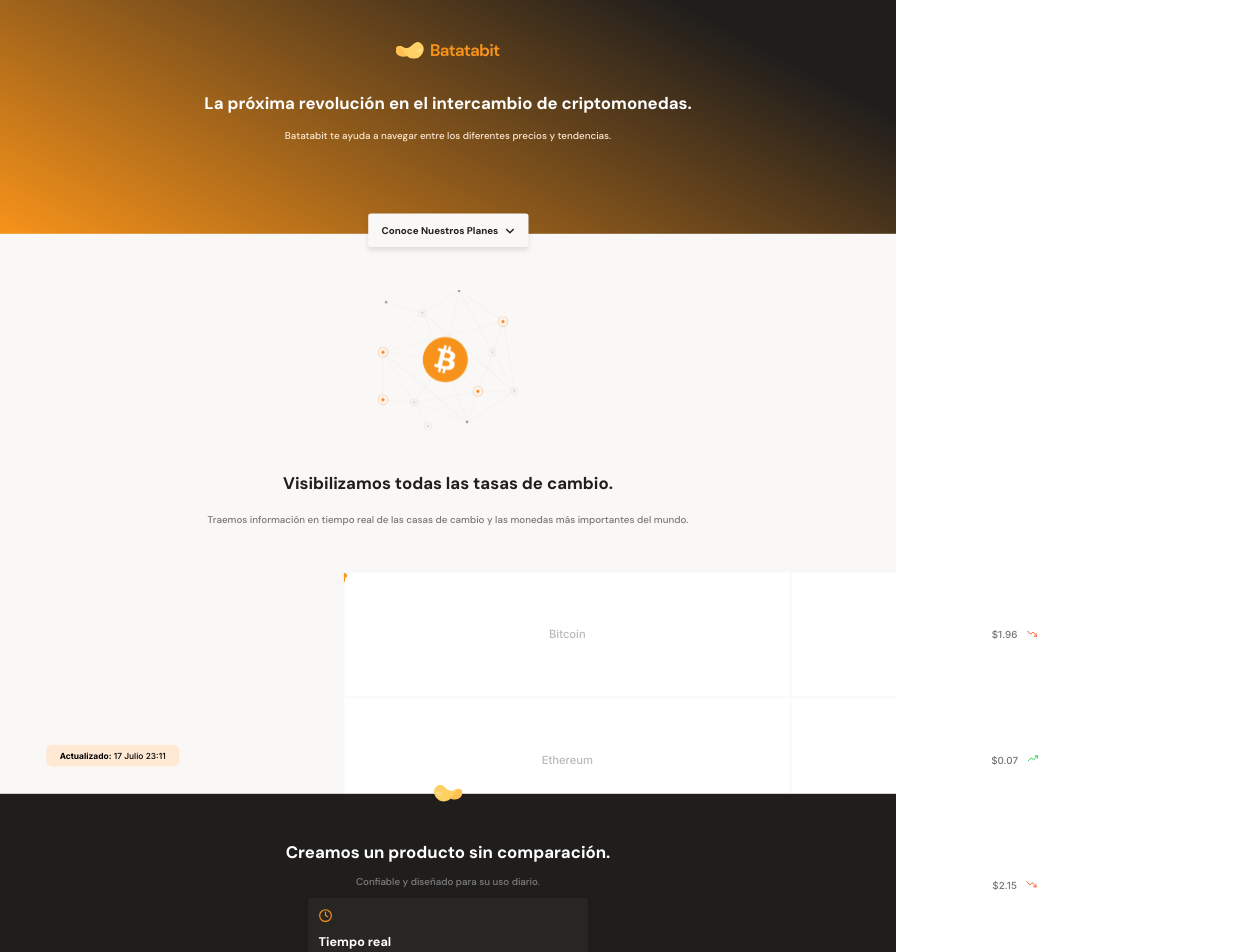
Repository: Pandrea-hub/Batatabit
Page: index.html
These files come from the project's save history. The page is drawn as it stood at one moment and after the next save; the edit follows.
The browser window is 1280 px wide. The page is 1770 px wide, then 1342 px, then 1770 px, so the pictures cover 1770 px, including what lies to the right of the window. The pictures show the part of the page from y = 0 to 1360 px (the page is 1963 px tall), at 70% of full size.

Above is the page before, as saved 2022-04-19 08:39:57.

### index.html
<!DOCTYPE html>
<html lang="en">
<head>
    <meta charset="UTF-8">
    <meta http-equiv="X-UA-Compatible" content="IE=edge">
    <meta name="viewport" content="width=device-width, initial-scale=1.0">
    <title>Document</title>
    <link rel="preconnect" href="https://fonts.googleapis.com">
    <link rel="preconnect" href="https://fonts.gstatic.com" crossorigin>
    <link href="https://fonts.googleapis.com/css2?family=DM+Sans:wght@400;500;700&family=Inter:wght@300;500;700&display=swap" rel="stylesheet">
    <link rel="stylesheet" href="./style.css">
</head>
<body>


    <header>

        <img src="./assets/img/logo.svg" alt="Logo del header donde estara una patata y el nombre que es Batatabit"/>
        <div class="header--title-container">
            <h1>La próxima revolución en el intercambio de criptomonedas.</h1>
            <p>Batatabit te ayuda a navegar entre los diferentes precios y tendencias.</p>
            <a href="" class="header--button">Conoce Nuestros Planes<span></span></a>
        </div>
    </header>


    <main>
        <section class="main-exchange--container">
            <div class="backgroungImg"></div>
            <div class="main-exchange--container--title">
                <h2>Visibilizamos todas las tasas de cambio.</h2>
                <p>Traemos información en tiempo real de las casas de cambio y las monedas más importantes del mundo.</p>
            </div>

            <section class="main-tables-container">
                <div class="main-currency-table">
                    <div class="currency-table">

                        <div class="container-arrow--left" id="arrow-left"></div>

                        <div class="currency-table--container" id="table-1">
                            <p class="currency-table--title" id="title-1">Monedas</p>
                            <table>
                                <tr>
                                    <tr>
                                        <td class="table__top--left">Bitcoin</td>
                                        <td class="table__top--right table__right">$1.96 <span class="down"></span></td>
                                    </tr>
                                    <tr>
                                        <td>Ethereum</td>
                                        <td class="table__right">$0.07 <span class="up"></span></td>
                                    </tr>
                                    <tr>
                                        <td>Ripple</td>
                                        <td class="table__right">$2.15 <span class="down"></span></td>
                                    </tr>
                                    <tr>
                                        <td class="table__bottom--left">Stellar</td>
                                        <td class="table__bottom-right table__right">$4.96 <span class="down"></span></td>
                                    </tr>
                                </tr>
                            </table>
                        </div>


                        <div class="currency-table--container" id="table-2">
                            <p class="currency-table--title" id="title-2">Comisiones</p>
                            <table>
                                <tr>
                                    <tr>
                                        <td class="table__top--left">Bitrade</td>
                                        <td class="table__top--right table__right">$ 12.96</td>
                                    </tr>
                                    <tr>
                                        <td>Bitpreco</td>
                                        <td class="table__right">$ 13.07</td>
                                    </tr>
                                    <tr>
                                        <td>Novadax</td>
                                        <td class="table__right">$ 13.15</td>
                                    </tr>
                                    <tr>
                                        <td class="table__bottom--left">Coinext</td>
                                        <td class="table__bottom-right table__right">$ 14.96</td>
                                    </tr>
                                </tr>
                            </table>
                        </div>

                        <div class="container-arrow" id="arrow-right"></div>

                    </div>

                    <div class="currency-table--date" id="table-date">
                        <p><b>Actualizado:</b> 17 Julio 23:11 </p></p>
                    </div>

                </div>
            </section>
        </section>

    <script>
        const arrow_right = document.getElementById("arrow-right")
        const arrow_left = document.getElementById("arrow-left")
        const table_1 = document.getElementById("table-1")
        const table_2 = document.getElementById("table-2")
        const date = document.getElementById("table-date");


        arrow_right.onclick = function(){
            arrow_right.style.display="none";
            table_1.style.display = "none"
            table_2.style.display = "grid"
            arrow_left.style.display = "block"
            date.style.backgroundColor="#E7F5FF";
        }
        arrow_left.onclick = function(){
            arrow_left.style.display="none";
            table_1.style.display = "grid"
            table_2.style.display = "none"
            arrow_right.style.display = "block"
            date.style.backgroundColor="#FFE9D4";
        }
    </script>


        <section class="main-product--detail">
            <span class="product-detail--batata-logo"></span>
            <div class="product-detail--title">
                <h2>Creamos un producto sin comparación.</h2>
                <p>Confiable y diseñado para su uso diario.</p>
            </div>
            <section class="product-cards--container">
                <article class="product-detail--card">
                    <span class="icon-card clock"></span>
                    <p class="product-card--title">Tiempo real</p>
                    <p class="product-card--body">Nuestro API toma información minuto a minuto sobre las tasas que más determinan el comportamiento.</p>
                </article>

                <article class="product-detail--card">
                    <span class="icon-card tasas"></span>
                    <p class="product-card--title">No hay tasas escondidas</p>
                    <p class="product-card--body">Ni en la compra o al momento de exit, Batabit siempre te muestra el costo real de lo que estás adquiriendo.</p>
                </article>


                <article class="product-detail--card">
                    <span class="icon-card money"></span>
                    <p class="product-card--title">Compara monedas</p>
                    <p class="product-card--body">No más rumores, con Babtabit sabrás el valor real de cada moneda en el mercado actual.</p>
                </article>


                <article class="product-detail--card">
                    <span class="icon-card info"></span>
                    <p class="product-card--title">Información confiable</p>
                    <p class="product-card--body">Nuestras fuentes están 100% verificadas y continuamos auditando su contenido mientras se actualizan.</p>
                </article>


            </section>

        </section>



        <section></section>



        <section></section>
    </main>

    <footer></footer>

</body>
</html>

### style.css
/*
1. Position
2. Box model
3. typography
4. Visual themes
5. Others
*/

:root{
    --bitcoin-orange:#F7931A;
    --soft-orange:#FFE9D4;
    --secondary-blue:#1A9AF7;
    --soft-blue:#E7F5FF;
    --warm-black:#201E1C;
    --black: #201e1c;
    --grey: #bababa;
    --off-white: #faf8f7;
    --just-white: #fff;
}

*{
    padding: 0;
    margin: 0;
    box-sizing: border-box;
}


html{
    font-size: 62.5%;
    font-family: "DM Sans", sans-serif;
}

header{
    position: relative;
    display: flex;
    flex-direction:column;
    justify-content: center;
    width: 100%;
    height: 334px;
    min-width: 320px;
    text-align: center;
    background: linear-gradient(207.8deg, #201E1C 16.69%, #F7931A 100%);

}

header img{
    width: 150px;
    height: 24px;
    margin-top: 60px;
    align-self: center;
}

.header--title-container{
    width: 90%;
    min-width: 288px;
    max-width: 900px;
    height: 218px;
    margin-top: 50px;
    text-align: center;
    align-self:center;
}

.header--title-container h1{
    font-size: 2.4rem;
    font-weight: bold;
    line-height: 2.6rem;
    color: var(--just-white);
}

.header--title-container p{
    font-size: 1.4rem;
    font-weight: 500;
    line-height: 1.8rem;
    color:var(--soft-orange);
    margin-top: 2.4rem;
}


.header--title-container .header--button{
    left: calc(50% - 229px/2);
    position: absolute;
    top: 270px;
    display: block;
    margin-top: 35px;
    padding: 15px;
    width: 229px;
    height: 48px;
    background-color: var(--off-white);
    /* Box shadow */
    box-shadow: 0px 4px 8px rgba(89, 73, 30, 0.16);
    border-radius: 4px;
    font-weight: bold;
    font-size: 14px;
    line-height: 18px;
    color:var(--warm-black);
    text-decoration: none;
}

.header--button span{
    display: inline-block;
    width: 13px;
    height: 8px;
    margin-left: 10px;
    background-image: url('./assets/icons/down-arrow.svg');
}

main{
    width: 100%;
    height: auto;
    background-color:var(--off-white);
    min-width: 320px;
}


.main-exchange--container{
    width: 100%;
    height: auto;
    padding-top: 80px;
    padding-bottom: 30px;
    text-align: center;
}

.main-exchange--container--title{
    width: 100%;
    min-width: 288px;
    max-width: 900px;
    margin: 10px auto;
    padding: 1%;
}

.main-exchange--container .backgroungImg{
    width: 200px;
    height: 200px;
    margin: 0 auto;
    margin-bottom: 50px;
    background-image: url(./assets/img/bitcoin.svg);
    background-size: cover;
    background-position: center;
    background-repeat: no-repeat;
}


.main-exchange--container--title h2{
    margin-bottom: 30px;
    font-size: 2.4rem;
    font-weight: bold;
    line-height: 2.6rem;
    align-self:center;
    color:var(--warm-black);
}




.main-exchange--container--title p{
    margin-bottom: 30px;
    font-size: 1.4rem;
    line-height: 1.8rem;
    font-weight: 500;
    color:#757575;
    text-align: center;

}





/*Tables*/


.main-tables-container{
    margin: 20px auto;
    width: 100%;
}



.main-currency-table{
    display: flex;
    flex-direction: column;
    width: 70%;
    min-width: 235px;
    max-width: 500px;
    height: 240px;
    margin: 0 auto;
    font-family: "Inter", sans-serif;
}

.main-currency-table .currency-table--title{
    width: 81px;
    height: 10px;
    margin: 0 auto;
    position: absolute;
    font-size: 1.8rem;
    font-weight: bold;
    line-height: 2.3rem;
    font-family: "DM Sans";
    color:var(--bitcoin-orange);
}

.currency-table{
    width: 100%;
}


.currency-table--container{
    margin: 0 auto;
    width: 100%;
    min-width: 230px;
    max-width: 300px;
    height: 90px;
}

.currency-table--container table{
    width: 100%;
    height: 100%;
    margin: 0 auto;
    position: absolute;
}


.currency-table--container td{
    width: 50%;
    font-size: 1.6rem;
    font-weight: 500;
    line-height: 1.9rem;
    color:var(--grey);
    background-color:var(--just-white);
    margin: 0px 10px;

}

.table__top--left{
    border-radius: 15px 0 0 0;
}

.table__top--right{
    border-radius:0 15px 0 0;
}


.table__bottom-right{
    border-radius:0 0 15px 0;
}

.table__bottom--left{
    border-radius:0 0 0 15px;
}

.currency-table--container .table__right{
    font-size: 1.4rem;
    font-weight: normal;
    line-height: 1.7rem;
    color:#757575;
}


.currency-table--container .down{
    display: inline-block;
    width: 15px;
    height: 15px;
    margin-left: 10px;
    background-image:url("./assets/icons/trending-down.svg");
    background-size:cover;
    background-repeat:no-repeat;
}

.currency-table--container .up{
    display: inline-block;
    width: 15px;
    height: 15px;
    margin-left: 10px;
    background-image:url("./assets/icons/trending-up.svg");
    background-size:cover;
    background-repeat:no-repeat;
}


.currenty-table{
    display: grid;
    grid-template-columns: 1fr 1fr 1fr;

}


.container-arrow{
    height: 10px;
    width: 12px;
    background-image: url("../assets/icons/right-arrow.svg");
    background-repeat: no-repeat;
    background-size: contain;
    background-position: center;
    position: absolute;
    margin-top:41.8%;
    right: 31px;
    cursor: pointer;
}


.container-arrow--left{
    display: none;
    height: 10px;
    width: 12px;
    background-image: url("../assets/icons/left-arrow.svg");
    background-repeat: no-repeat;
    background-size: contain;
    background-position: center;
    position: absolute;
    margin-top: 41.8%;
    left: 32px;
    cursor: pointer;
}


#title-2{
    color:var(--secondary-blue);
}



.currency-table--date{
    margin: 0 auto;
    font-size: 12px;
    position: absolute;
    width: 190px;
    height: 31px;
    left: 66px;
    top: 1064px;
    padding: 8px;
    background-color:var(--soft-orange);
    border-radius:8px;
}

#table-2{
    display: none;
}

.main-product--detail{
    position: relative;
    width: 100%;
    min-width: 320px;
    height: auto;
    padding: 20px 10px;
    background-color:var(--warm-black);
    margin-top: 30px;
}


.product-detail--batata-logo{
    left: calc(50% - 20px);
    top: -12.5px;
    position: absolute;
    width: 40px;
    height: 25px;
    background-image:url("./assets/icons/batata.svg");
}


.product-detail--title{
    width: 90%;
    min-width: 288px;
    height: auto;
    margin: 0 auto;
    margin-top: 50px;
    text-align: center;
}


.product-detail--title h2{
    margin-bottom: 20px;
    font-size: 2.4rem;
    font-weight: bold;
    line-height: 2.6rem;
    color:var(--just-white);

}

.product-detail--title p{
    color:#808080;
    font-size: 1.4rem;
    font-weight: 500;
    line-height: 1.8rem;
}


.product-detail--card{
    width: 90%;
    min-width: 288px;
    max-width: 400px;
    height: 150px;
    margin: 15px auto;
    padding: 15px;
    background-color:#282623;
    border-radius:5px;
    box-shadow:0px 4px 8px rgba(0, 0, 0, 0.16);

}


.product-detail--card .icon-card{
    display: inline-block;
    width: 20px;
    height: 20px;
    background-position: center;
    background-size: cover;
    background-repeat: no-repeat;
    margin-bottom: 15px;

}

.clock{
    background-image:url("./assets/icons/clock.svg");
}

.tasas{
    background-image:url("./assets/icons/eye.svg");
}

.money{
    background-image:url("./assets/icons/dollar-sign.svg");
}

.info{
    background-image:url("./assets/icons/check-circle.svg");
}

.product-card--title{
    font-weight: 700;
    font-weight: bold;
    font-size: 1.8rem;
    line-height: 1.8rem;
    color:var(--just-white);
}


.product-card--body{
    font-weight: 500;
    font-size: 1.4rem;
    line-height: 1.8rem;
    color: #808080;
    margin-top: 10px;
}

After the next save:
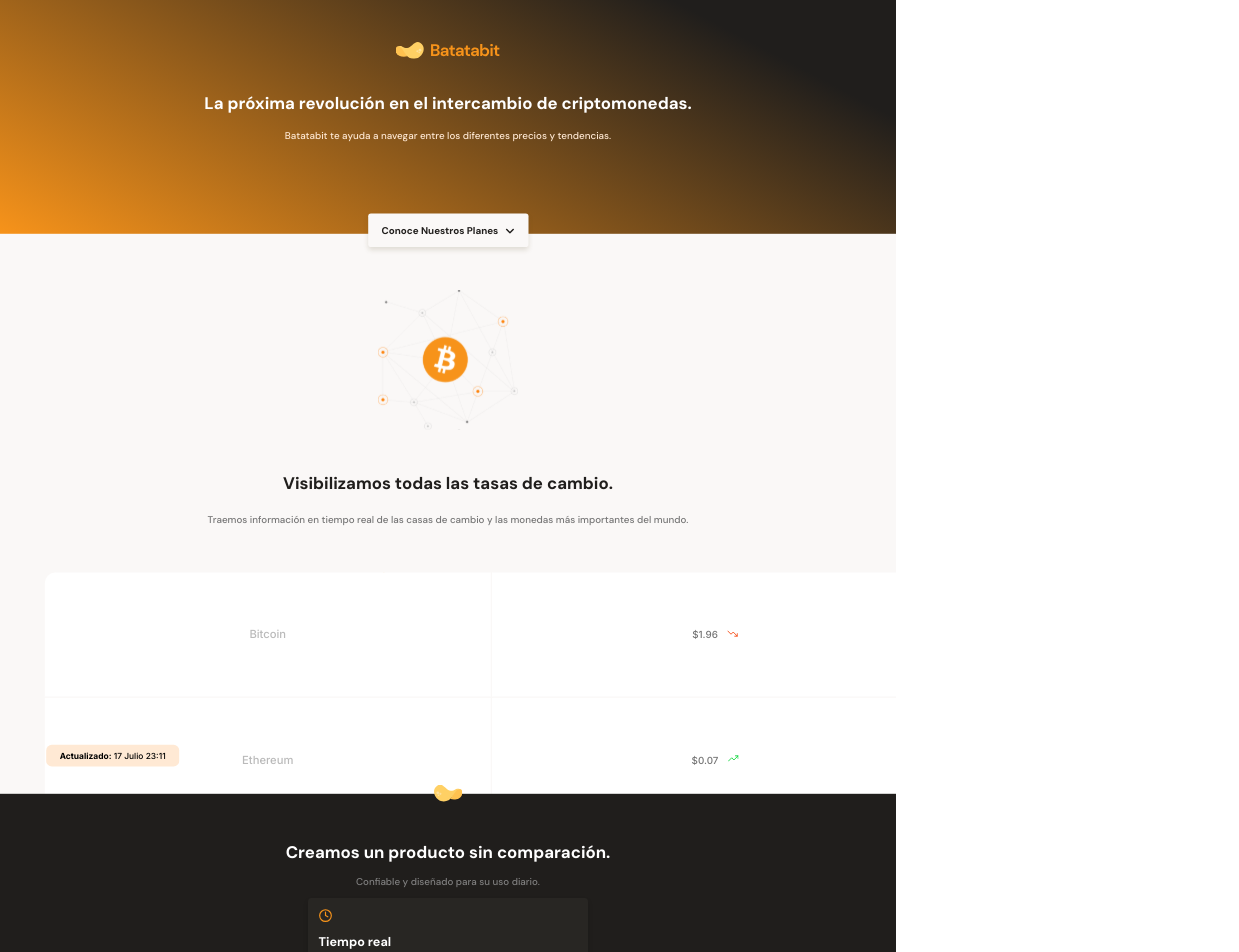
Saved 8 s later.
--- a/style.css
+++ b/style.css
@@ -215,6 +215,7 @@
 .currency-table--container table{
     width: 100%;
     height: 100%;
+    left: 62px;
     margin: 0 auto;
     position: absolute;
 }

After the save that followed:
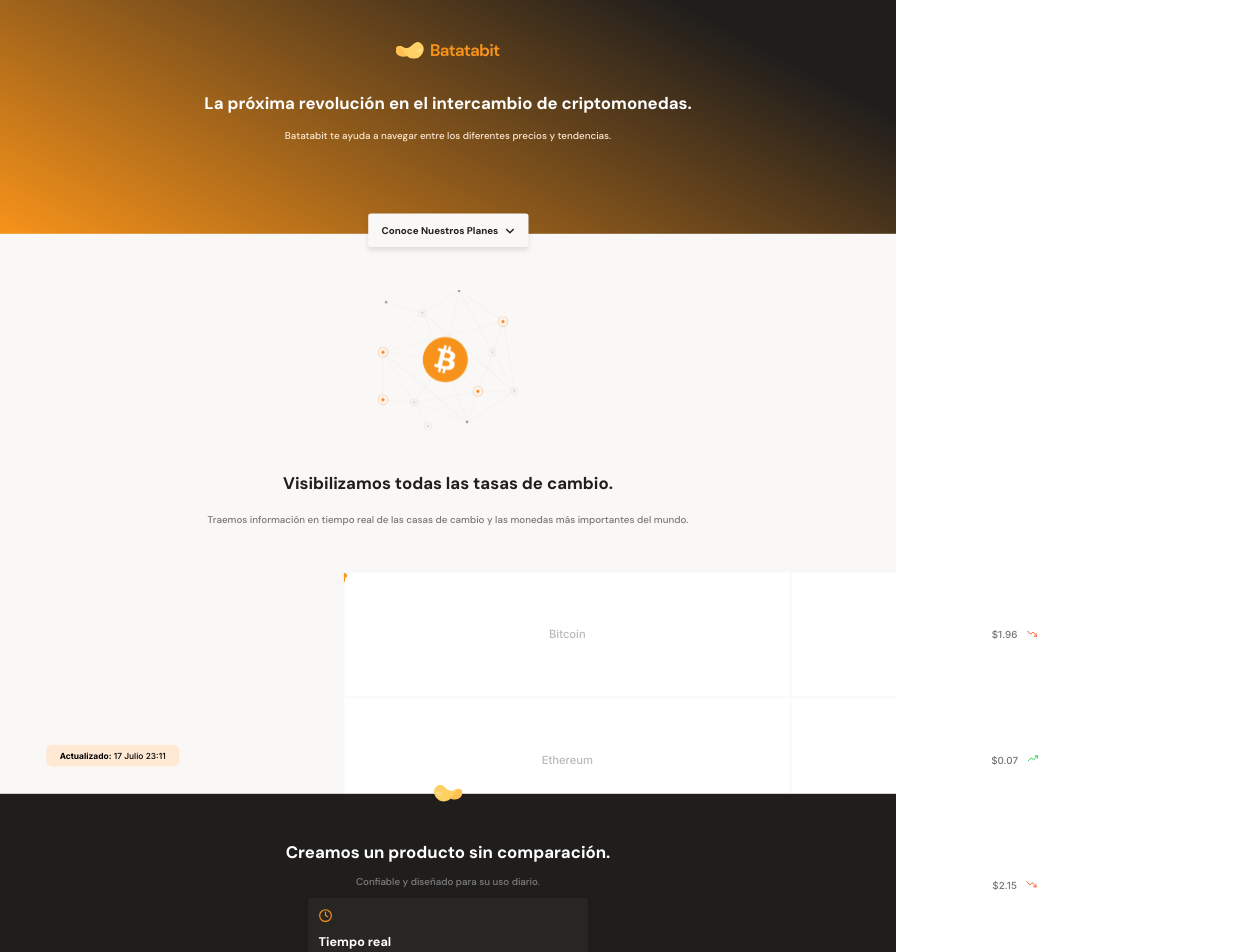
Saved 4 s later.
--- a/style.css
+++ b/style.css
@@ -215,7 +215,6 @@
 .currency-table--container table{
     width: 100%;
     height: 100%;
-    left: 62px;
     margin: 0 auto;
     position: absolute;
 }
